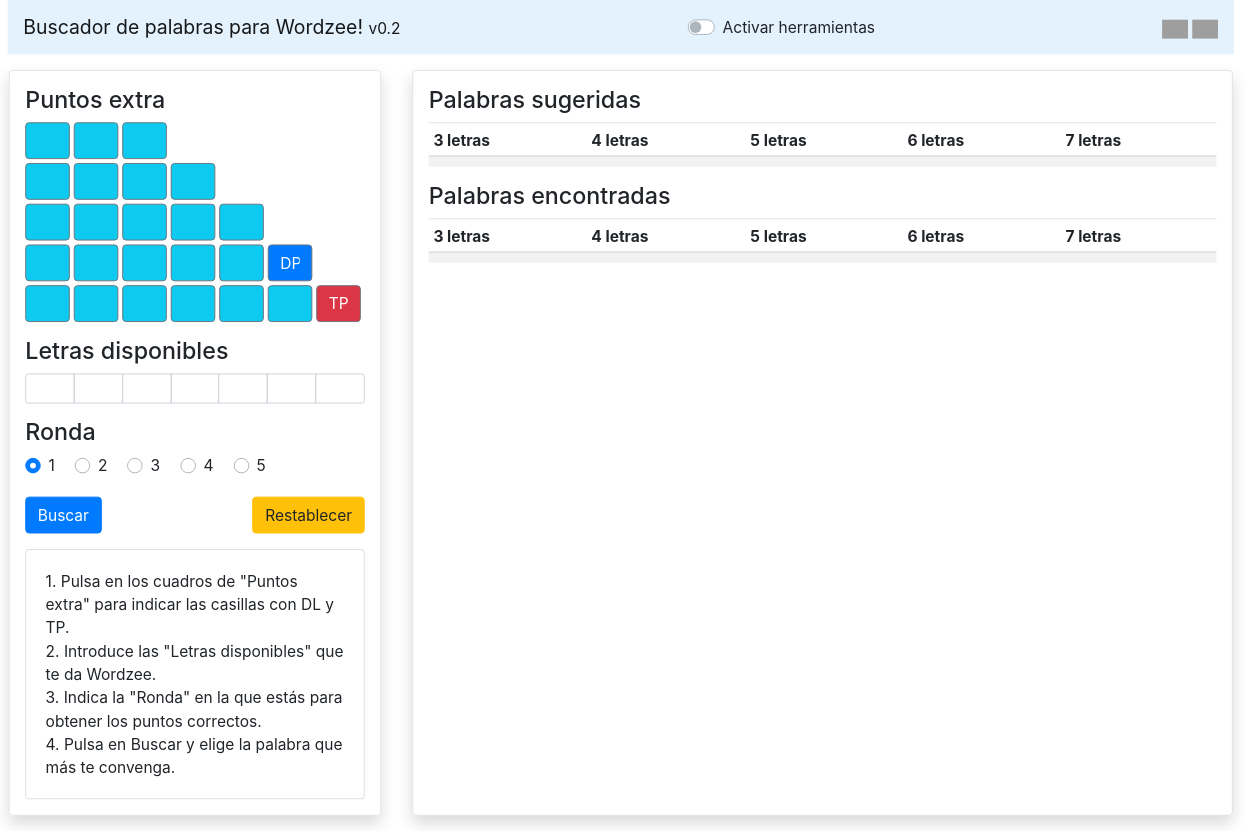
Repository: angelcafe/wordzee-bp_javascript
Page: index.html
The author's editor kept a copy of each file at every save. The page is drawn from the files as they stood at one save, then again after the next save.
The browser window is 1280 px wide. The page is 1287 px wide, then 1280 px, so the pictures cover 1287 px, including what lies to the right of the window. The pictures show the whole page, at 97% of full size.
Pictures or frames that could not be fetched are drawn as grey boxes.

Above is the page before, as saved 2021-10-22 21:21:55.

After the next save:
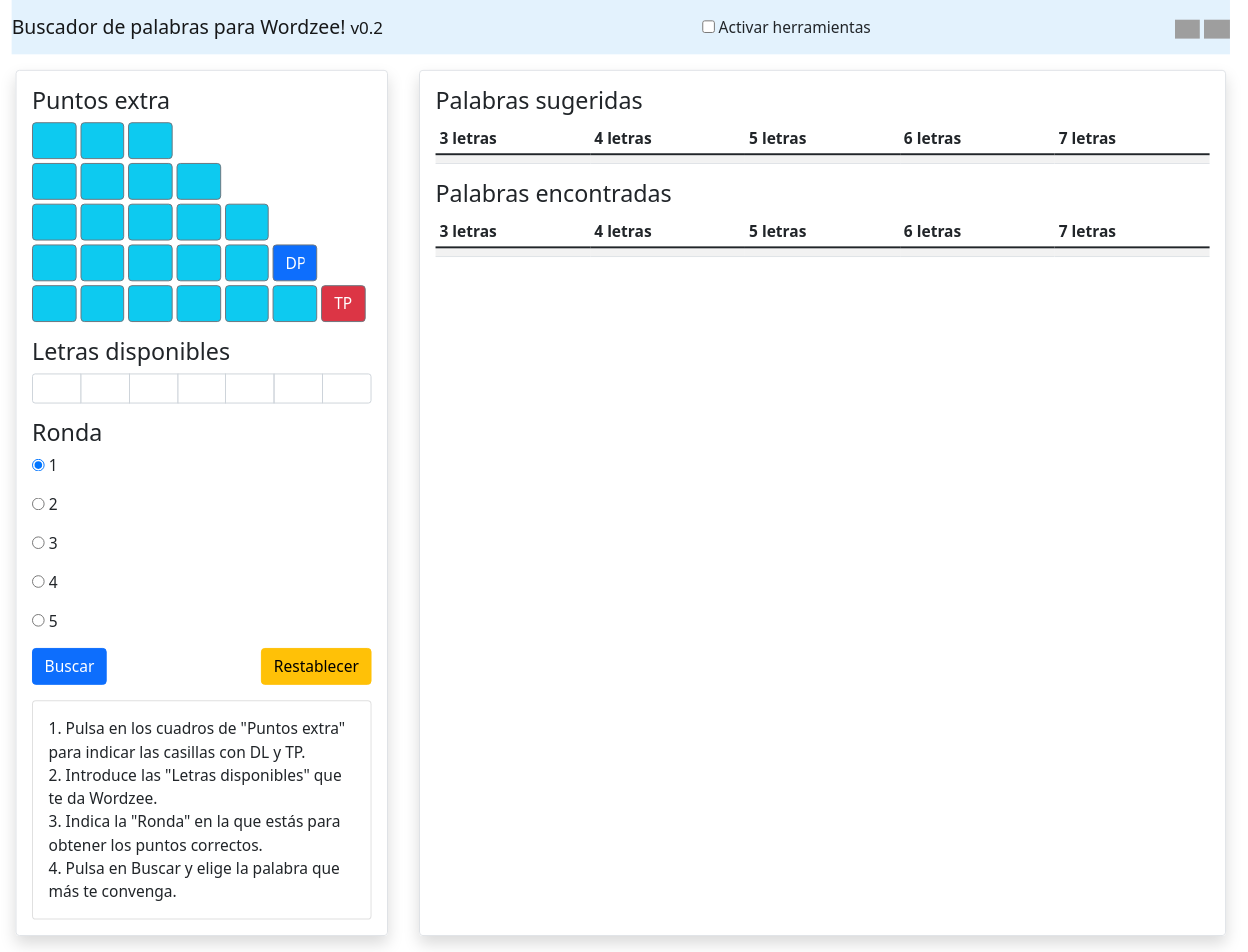
Saved 10 min 42 s later.
--- a/index.html
+++ b/index.html
@@ -9,7 +9,7 @@
     <meta http-equiv="Cache-Control" content="no-cache, mustrevalidate">
     <meta http-equiv="Pragma" content="no-cache">
     <link rel="icon" href="favicon.ico" type="image/ico" />
-    <link rel="stylesheet" href="https://cdn.jsdelivr.net/npm/bootstrap@4.6.0/dist/css/bootstrap.min.css" integrity="sha384-B0vP5xmATw1+K9KRQjQERJvTumQW0nPEzvF6L/Z6nronJ3oUOFUFpCjEUQouq2+l" crossorigin="anonymous">
+    <link rel="stylesheet" href="https://cdn.jsdelivr.net/npm/bootstrap@5.1.3/dist/css/bootstrap.min.css" integrity="sha384-1BmE4kWBq78iYhFldvKuhfTAU6auU8tT94WrHftjDbrCEXSU1oBoqyl2QvZ6jIW3" crossorigin="anonymous">
     <link rel="stylesheet" href="https://cdn.jsdelivr.net/npm/bootstrap-icons@1.5.0/font/bootstrap-icons.css">
     <link rel="stylesheet" href="index.css">
     <title>Busca palabras</title>
